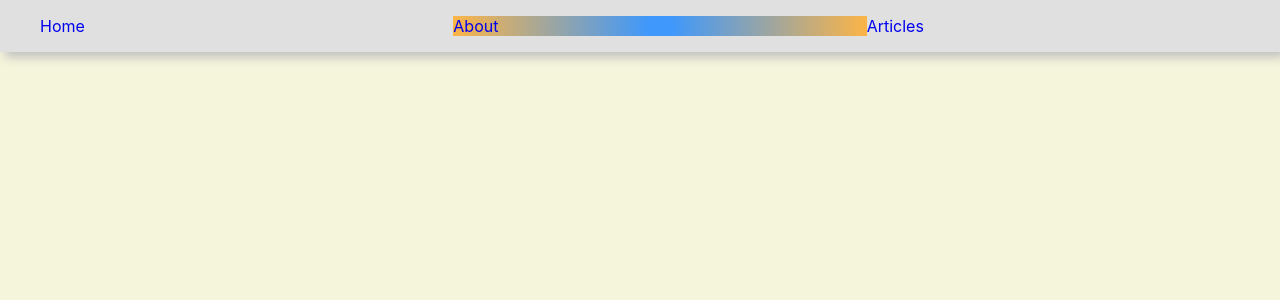
Repository: ShindanoSingi/react-software-architecture-course
Page: /about
The author's editor kept a copy of each file at every save. The page is drawn from the files as they stood at one save, then again after the next save.
The browser window is 1280 px wide. The pictures show the whole page.
The project was rebuilt for these pictures with package versions that can differ from the ones it lists, and the page was loaded fresh each time. Also part of the build but not shown: src/pages/Home.js, src/pages/Articles.js.

Above is the page before, as saved 2022-12-25 20:19:58.

### src/App.js
import './App.css';
import { Routes, Route, NavLink } from 'react-router-dom';
import Home from './pages/Home';
import About from './pages/About';
import Articles from './pages/Articles';


function App() {

  return (
    <>
      <nav className='nav-bar'>
      <ul className='list-container'>
        <NavLink to='/' className={({isActive}) => isActive ? "is-active" : null}>
          <li>Home</li>
        </NavLink>

        <NavLink to='/about' className={({isActive}) => isActive ? "is-active" : null}>
          <li>About</li>
        </NavLink>

        <NavLink to='/articles' className={({isActive}) => isActive ? "is-active" : null}>
          <li>Articles</li>
        </NavLink>
      </ul>
    </nav>
      <Routes>
        <Route path='/' element={<Home />}/>
        <Route path='about' element={<About />}/>
        <Route path='articles' element={<Articles />}/>
      </Routes>
    </>
  );
}

export default App;

### src/App.css
h1 {
    text-align: center;
    margin: 0rem;
    padding: 0.5em;
}

.nav-bar {
    position: fixed;
    width: 100%;
    top: 0;
    border-radius: 0px;
    background: #e0e0e0;
    box-shadow: 5px 5px 10px #bebebe,
        -5px -5px 10px #ffffff;
}

.is-active {
    background: rgb(63, 152, 251);
    background: radial-gradient(circle, rgba(63, 152, 251, 1) 6%, rgba(252, 180, 70, 1) 100%);
}

.list-container, a {
    list-style: none;
    text-decoration: none;
    display: grid;
    grid-template-columns: repeat(3, 1fr);
}

.container {
    max-width: 80em;
    background-color: beige;
    margin: 0 auto;
    height: 100vh;
}

### src/pages/About.js
import React from 'react';

const About = () => {
  return (
    <div className='container'>
      <h1>About</h1>
    </div>
  );
}

export default About;

Loaded but not shown: public/index.html (common file); src/index.js (common file); src/index.css (common file); src/reportWebVitals.js (common file)

After the next save:
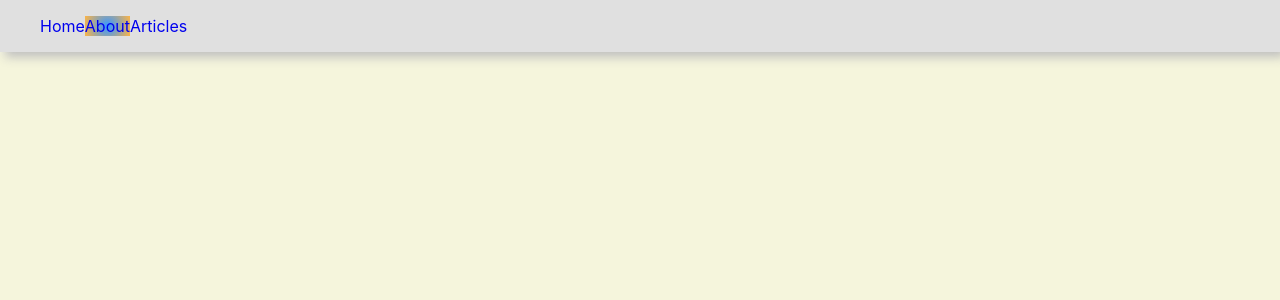
Saved 13 s later.
--- a/src/App.css
+++ b/src/App.css
@@ -22,8 +22,7 @@ h1 {
 .list-container, a {
     list-style: none;
     text-decoration: none;
-    display: grid;
-    grid-template-columns: repeat(3, 1fr);
+    display: flex;
 }
 
 .container {
